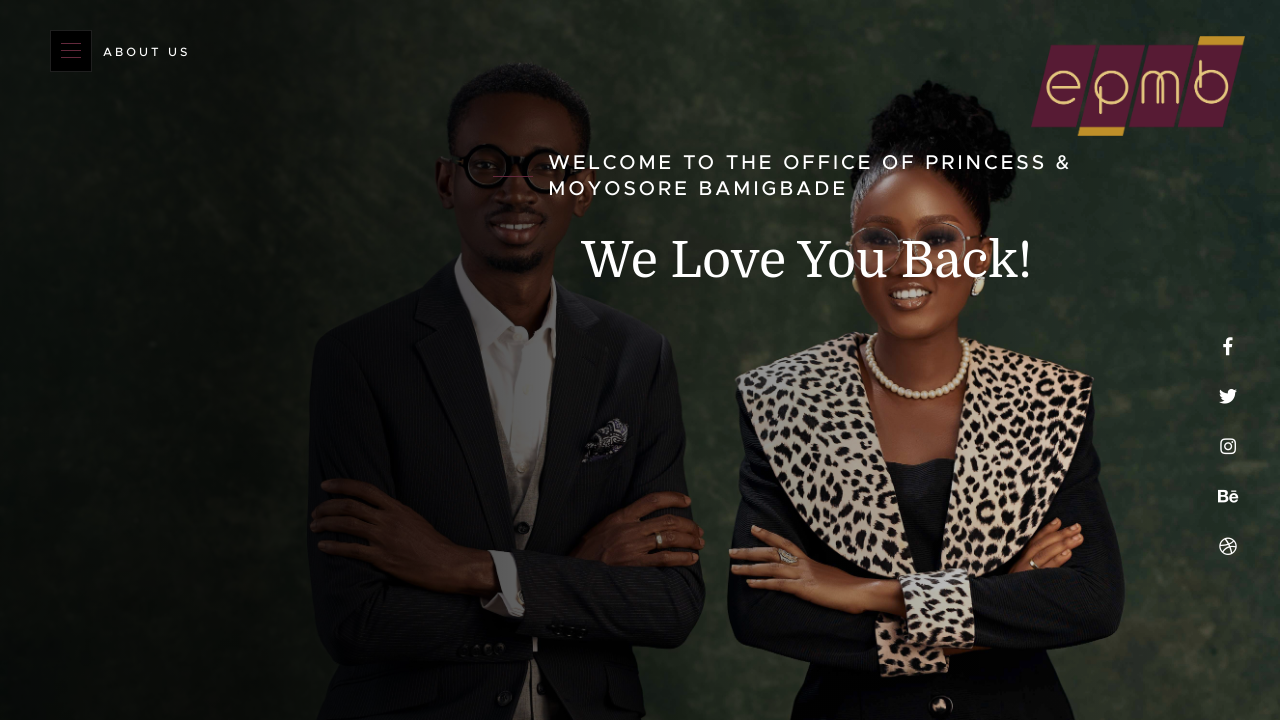
Repository: Ksoftcode/PMB
Page: index.html
The author's editor kept a copy of each file at every save. The page is drawn from the files as they stood at one save, then again after the next save.
The browser window is 1280 px wide. The pictures show the whole page.

Above is the page before, as saved 2023-05-27 23:35:15.

### index.html
<!DOCTYPE html>
<html class="no-js" lang="en">
<head>

    <!--- basic page needs
    ================================================== -->
    <meta charset="utf-8">
    <title>Launch | EPMB</title>
    <meta name="description" content="">
    <meta name="author" content="">

    <!-- mobile specific metas
    ================================================== -->
    <meta name="viewport" content="width=device-width, initial-scale=1">

    <!-- CSS
    ================================================== -->
    <link rel="stylesheet" href="css/base.css">
    <link rel="stylesheet" href="css/vendor.css">
    <link rel="stylesheet" href="css/main.css">

    <!-- script
    ================================================== -->
    <script src="js/modernizr.js"></script>
    <script src="js/pace.min.js"></script>

    <!-- favicons
    ================================================== -->
    <link rel="shortcut icon" href="favicon.ico" type="image/x-icon">
    <link rel="icon" href="favicon.ico" type="image/x-icon">

</head>

<body>

    <!-- home
    ================================================== -->
    <main class="s-home s-home--static">

        <div class="overlay"></div>

        <div class="home-content">

            <div class="home-logo">
                <a href="index-static.html">
                    <img src="images/logo.png" alt="Homepage">
                </a>
            </div>

            <div class="row home-content__main">

                <div class="col-eight home-content__text pull-right">
                    <h3>Welcome to the office of Princess & Moyosore Bamigbade</h3>

                    <h1 style="text-align:center;">
                        We Love You Back! <br>
                     <br>
                     <br> <br> <br> <br> <br> <br>
                    </h1>

                    <div class="home-content__subscribe">
                        <form id="mc-form" class="group" novalidate="true">
                            <input type="email" value="" name="EMAIL" class="email" id="mc-email" placeholder="Email Address" required="">
                            <input type="submit" name="subscribe" value="Notify Me">
                            <label for="mc-email" class="subscribe-message"></label>
                        </form>
                    </div>
                </div>
            </div>  <!-- end home-content__main -->

            <ul class="home-social">
                <li>
                <a href="#0"><i class="fab fa-facebook-f" aria-hidden="true"></i><span>Facebook</span></a>
                </li>
                <li>
                <a href="#0"><i class="fab fa-twitter" aria-hidden="true"></i><span>Twiiter</span></a>
                </li>
                <li>
                <a href="#0"><i class="fab fa-instagram" aria-hidden="true"></i><span>Instagram</span></a>
                </li>
                <li>
                <a href="#0"><i class="fab fa-behance" aria-hidden="true"></i><span>Behance</span></a>
                </li>
                <li>
                <a href="#0"><i class="fab fa-dribbble" aria-hidden="true"></i><span>Dribbble</span></a>
                </li>
            </ul> <!-- end home-social -->

            <div class="row home-copyright">
                <span>Copyright PMB Estates 2023</span>
                <span>Design by <a href="#">kSoFtCoDe</a></span>
            </div> <!-- end home-copyright -->

            <div class="home-content__line"></div>

        </div> <!-- end home-content -->

    </main> <!-- end s-home -->

    <!-- info
    ================================================== -->
    <a class="info-toggle" href="#0">
        <span class="info-menu-icon"></span>
    </a>

    <div class="s-info">

        <div class="row info-wrapper">

            <div class="col-nine tab-full info-main">
                <h1>ILORIN: WHERE IT BEGAN</h1>
                <p>
                    Princess & Moyosore’s life and career grew out of deep windy city roots. From their childhood in the south community of Ilorin, through their first contact in Chapel Secondary School in 2004 and 2002 respectively with missionary standards where they became friends. In April, 2015, they began to plan a future together in which Moyosore was already a graduate architect and Princess had just completed her nursing program.
                </p>
            <br>
                <h1>A PROMISE : THE ROYAL WEDDING </h1>
                <p>
                    On April 20th, 2019, Princess & Moyosore got wedded which was a beautiful coincidence with moyosores 27th birthday at the International Convention Centre (ICC), Rhema Chapel Headquarters, Ilorin, Kwara State. Princess & Moyosore pledged a vow of a lifetime commitment built on Godly Christian principles and unswerving adventure.
                </p>
                <br>
                <h1>EDUCATION: A PRIORITY / STANDARD</h1>
                <p>
                    The union of Princess & Moyosore established a standard of continuous learning, unlearning and relearning through education. Princess proceeded for her pediatric nursing training at the Lagos University Teaching Hospital in 2018/2019 where by the grace of God she emerged the overall best student for the pediatrics post basic examination in Nigeria.
                    </p>
                    <p>
                    Moyosore also enrolled for his post graduate program in Federal University of Technology Akure where he also finished with honors. Subsequently, PMB proceeded for further studies. Moyosore bagged a diploma in the Business of Architecture from the European School of Economics. He further enrolled for an MSc in Architecture at University of Ilorin, Ilorin, Kwara State.
                    </p>
                    <p>
                    Princess completed a five (5) years nursing degree from the National Open University of Nigeria with honors. Afterwards, she proceeded for her master’s degree in maternal and child health nursing at Babcock University in 2022. These achievements were constantly stirred by a burning desire to attain the zenith of their profession, where no one is left behind.
                    <center>“ 𝑳𝒊𝒕𝒕𝒍𝒆 𝒃𝒚 𝒍𝒊𝒕𝒕𝒍𝒆, 𝒕𝒉𝒆 𝒃𝒊𝒓𝒅 𝒎𝒂𝒌𝒆𝒔 𝒊𝒕𝒔 𝒏𝒆𝒔𝒕”</center>
                    </p>
                <br>
                <h1>BUSINESS: NIGHTINGALE AND DOCTORS OUTFIT LIMITED</h1>
                <p>
                    Princess shared her vision with Moyosore in 2015 on changing the narrative and perception of Nigerian nurses through a revolutionized appearance and the inclusivity of informatics in nursing education and practice. The company was birth in April 2016 at a small property equipped with machines and experienced staff. The company has since grown with offices in Ilorin and Lagos with a worldwide distribution network.
                </p>
                <br>
                <h1> MB ARCHITECTS LIMITED </h1>
                <p>
                    Princess & Moyosore registered MB Architects limited in August 2017 with both of them as the company’s director. Moyosore had always envisioned owning a private firm of his, and this came to fruition with the support of his lovely wife. They took up roles and responsibilities in ensuring a good service delivery and ensuring nothing was left undone in the absence of one of them. Moyosore could always rely on Princesses intelligence in which she was skilled in penmanship while Moyosore possess numerical competence.</p>
                    <p>
                    The firm has its registered offices in Lagos and Abuja, Nigeria. Princess believes in the dream of Moyosore building and designing over 2,000 structures as she addresses him as the <cite>Greatest Architect of Time.</cite>
                </p>
                <br>
                <h1>THE SET UP</h1>
                <center>“ 𝑳𝒊𝒕𝒕𝒍𝒆 𝒃𝒚 𝒍𝒊𝒕𝒕𝒍𝒆, 𝒕𝒉𝒆 𝒃𝒊𝒓𝒅 𝒎𝒂𝒌𝒆𝒔 𝒊𝒕𝒔 𝒏𝒆𝒔𝒕”</center>
                <p>
                    EPMB was conceived by Princess & Moyosore out of passion to redefine how people live and work. It is important to integrate this two in a symphonic way in other to get the best out of life. One brand, many companies, and many, many people – that’s us in a nutshell. Spread all over the world, we have a passion for home/office furnishing and an inspiring shared vision: to create a better everyday life for the many people. </p>

                    <p>This, together with our straightforward business idea, shared values, and a culture based on the spirit of togetherness, guides us in everything we do. To offer a wide range of well-designed, functional home  & office furnishing products at prices so low, that as many people as possible will be able to afford them.</p>

                    <p> EPMB approach to design focuses on how the aesthetics and organisation of a space can reflect the brand, improve efficiency and productivity, increase employee satisfaction and support sustainability using space, colour, materials and light as tools to create healthy, uplifting environments.</p>
                <br>
                <h1> THE EPMB POINT OF VIEW </h1>
                <p>
                    As a global business with the capacity to make a large impact, we know that we have a responsibility to make that impact a positive one. At EPMB, we believe good business means ethical business. Learn where we stand on important issues by following :-
                    <p>
                    <strong> AIR POLLUTION -</strong> people around the world underestimate the threat of air pollution in their homes. In reality, indoor air pollution causes more premature deaths than outdoor pollution. EPMB wants to raise awareness around air pollution. According to the World Health Organization (WHO), air pollution is estimated to kill 1 in 8 people globally, due to heart disease, stroke, respiratory disease and cancer. That’s why giving people access to clean air is a priority at EPMB.</p>
                    <p>
                    We are focusing on reducing air pollution from our own operations and products. We are phasing out hazardous chemicals and tackling greenhouse gas emissions. We have also successfully lowered formaldehyde emissions in our wooden furniture and removed harmful flame-retardants from textiles to improve indoor air quality in our customers' homes. Our next step is engaging with people around the topic.
                    </p>
                    <p>
                    <strong>BIO-DIVERSITY -</strong> EPMB recognises that the world is experiencing a biodiversity crisis. Dramatic loss of species, ecosystems and genetic diversity is human-induced and represents, together with climate change, one of the greatest challenges of our time. Biodiversity is vital for a healthy and resilient world, and for human health and wellbeing. EPMB is dependent on biodiversity for the success of our business, now and in the future. </p>
                    <p>
                    The EPMB business is already today experiencing business implications influenced by biodiversity loss. We also recognise that biodiversity loss is a complex challenge. As with climate change, EPMB has a unique opportunity and responsibility to take action to both reduce our impact and contribute to positive outcomes. We don’t have all the answers and will work collaboratively together with others to support the large global movements needed to reverse nature loss in this decade.</p>
                    <p>
                    <strong>CIRCULARITY -</strong> EPMB is embarking on a transformation journey to become a circular business by 2030. In the world of finite resources, we have recognised the need to change our approach to how and where we meet our customers, how and what products and services we develop, how we source materials and develop the EPMB supply chain. We are adapting our existing business model to enable the prolongation of product and material life, by enabling the four circular loops of reuse, refurbishment, remanufacturing, and recycling.</p>
                    <p>
                    One of the key enablers of circularity for EPMB is to design all products with circular capabilities from the beginning. Our products will always live up to the five dimensions of the foundation of democratic design, bringing good design to the many people by providing well-designed home / office furnishing solutions, with great form and function, high quality, built with a focus on sustainability, and at an affordable price. We will now also embed circular capabilities into every product, setting the preconditions for all products to live multiple lives as they move through the circular loops.
                </p>
                <br>
                <h1>THE CUTTING EDGE</h1>
                <p>
                    Since Princess & Moyosore are already in the business of architecture- building modern houses & Offices. This is a role they have embarked on together for 6 years having started in 2017. They have a platform to change & redefine how people should live & work. Whether you are staying in a space temporary or it’s a permanent home of residence, EPMB wants to give and leave an unforgettable experience.
                </p>
                <br>
            </div>
<!-- info contact -->
            <div class="col-three tab-full pull-right info-contact">

                <div class="info-block">
                    <h3>Start A Conversation</h3>
                    <p>
                        <a href="mailto:#0" class="info-email">mailus@ourwebsite.com</a><br>
                        <a href="tel:+18587338912" class="'info-phone">+1.858.733.8912</a>
                    </p>
                </div>

                <div class="info-block">
                    <h3>Visit Our Office</h3>

                    <p class="info-address">

                        No 32, Obayan Street,<br>
                        Akoka, Lagos,<br>
                        100213 NG
                    </p>
                </div>

                <div class="info-block">
                    <h3>Find Us On</h3>

                    <ul class="info-social">
                        <li>
                            <a href="#0"><i class="fab fa-facebook" aria-hidden="true"></i>
                            <span>Facebook</span></a>
                        </li>
                        <li>
                            <a href="#0"><i class="fab fa-twitter" aria-hidden="true"></i>
                            <span>Twiiter</span></a>
                        </li>
                        <li>
                            <a href="#0"><i class="fab fa-instagram" aria-hidden="true"></i>
                            <span>Instagram</span></a>
                        </li>
                        <li>
                            <a href="#0"><i class="fab fa-behance" aria-hidden="true"></i>
                            <span>Behance</span></a>
                        </li>
                        <li>
                            <a href="#0"><i class="fab fa-dribbble" aria-hidden="true"></i>
                            <span>Dribbble</span></a>
                        </li>
                    </ul>
                </div>

            </div>  <!-- end info contact -->

        </div>  <!-- end info wrapper -->

    </div> <!-- end s-info -->


    <!-- preloader
    ================================================== -->
    <div id="preloader">
        <div id="loader">
            <div class="line-scale-pulse-out">
                <div></div>
                <div></div>
                <div></div>
                <div></div>
                <div></div>
            </div>
        </div>
    </div>

    <!-- Java Script
    ================================================== -->
    <script src="js/jquery-3.2.1.min.js"></script>
    <script src="js/plugins.js"></script>
    <script src="js/main.js"></script>

</body>

</html>

### css/vendor.css
/* ===================================================================
 *
 *  Count v1.0 Vendor/Third Party CSS
 *  04-16-2018
 *  ------------------------------------------------------------------
 *
 *  TOC:
 *  # slick slider
 *
 * =================================================================== */


/* ===================================================================
 * # slick slider
 * http://kenwheeler.github.io/slick/
 * ------------------------------------------------------------------- */
.slick-slider {
  position: relative;
  display: block;
  box-sizing: border-box;
  -webkit-touch-callout: none;
  -webkit-user-select: none;
  -khtml-user-select: none;
  -moz-user-select: none;
  -ms-user-select: none;
  user-select: none;
  -ms-touch-action: pan-y;
  touch-action: pan-y;
  -webkit-tap-highlight-color: transparent;
}

.slick-list {
  position: relative;
  overflow: hidden;
  display: block;
  margin: 0;
  padding: 0;
}

.slick-list:focus {
  outline: none;
}

.slick-list.dragging {
  cursor: pointer;
  cursor: hand;
}

.slick-slider .slick-track,
.slick-slider .slick-list {
  -webkit-transform: translate3d(0, 0, 0);
  -moz-transform: translate3d(0, 0, 0);
  -ms-transform: translate3d(0, 0, 0);
  -o-transform: translate3d(0, 0, 0);
  transform: translate3d(0, 0, 0);
}

.slick-track {
  position: relative;
  left: 0;
  top: 0;
  display: block;
}

.slick-track:before,
.slick-track:after {
  content: "";
  display: table;
}

.slick-track:after {
  clear: both;
}

.slick-loading .slick-track {
  visibility: hidden;
}

.slick-slide {
  float: left;
  height: 100%;
  min-height: 1px;
  display: none;
}

[dir="rtl"] .slick-slide {
  float: right;
}

.slick-slide img {
  display: block;
}

.slick-slide.slick-loading img {
  display: none;
}

.slick-slide.dragging img {
  pointer-events: none;
}

.slick-initialized .slick-slide {
  display: block;
}

.slick-loading .slick-slide {
  visibility: hidden;
}

.slick-vertical .slick-slide {
  display: block;
  height: auto;
  border: 1px solid transparent;
}

.slick-arrow.slick-hidden {
  display: none;
}

/*# sourceMappingURL=vendor.css.map */

### css/fonts.css
/* ===================================================================
 * fonts.scss
 *
 * ------------------------------------------------------------------- */


/*
 * domine
================================================================================ */
@font-face {
  font-family: "domine-regular";
  src: url("../fonts/domine/domine-regular-webfont.woff2") format("woff2"), url("../fonts/domine/domine-regular-webfont.woff") format("woff");
  font-style: normal;
  font-weight: normal;
}

@font-face {
  font-family: "domine-bold";
  src: url("../fonts/domine/domine-bold-webfont.woff2") format("woff2"), url("../fonts/domine/domine-bold-webfont.woff") format("woff");
  font-style: normal;
  font-weight: normal;
}


/*
 * metropolis
================================================================================ */
@font-face {
  font-family: "metropolis-bold";
  src: url("../fonts/metropolis/metropolis-bold-webfont.woff2") format("woff2"), url("../fonts/metropolis/metropolis-bold-webfont.woff") format("woff");
  font-style: normal;
  font-weight: normal;
}

@font-face {
  font-family: "metropolis-semibold";
  src: url("../fonts/metropolis/metropolis-semibold-webfont.woff2") format("woff2"), url("../fonts/metropolis/metropolis-semibold-webfont.woff") format("woff");
  font-style: normal;
  font-weight: normal;
}

@font-face {
  font-family: "metropolis-medium";
  src: url("../fonts/metropolis/metropolis-medium-webfont.woff2") format("woff2"), url("../fonts/metropolis/metropolis-medium-webfont.woff") format("woff");
  font-style: normal;
  font-weight: normal;
}

@font-face {
  font-family: "metropolis-regular";
  src: url("../fonts/metropolis/metropolis-regular-webfont.woff2") format("woff2"), url("../fonts/metropolis/metropolis-regular-webfont.woff") format("woff");
  font-style: normal;
  font-weight: normal;
}

@font-face {
  font-family: "metropolis-light";
  src: url("../fonts/metropolis/metropolis-light-webfont.woff2") format("woff2"), url("../fonts/metropolis/metropolis-light-webfont.woff") format("woff");
  font-style: normal;
  font-weight: normal;
}

@font-face {
  font-family: "metropolis-extralight";
  src: url("../fonts/metropolis/metropolis-extralight-webfont.woff2") format("woff2"), url("../fonts/metropolis/metropolis-extralight-webfont.woff") format("woff");
  font-style: normal;
  font-weight: normal;
}

@font-face {
  font-family: "metropolis-italic";
  src: url("../fonts/metropolis/metropolis-regularitalic-webfont.woff2") format("woff2"), url("../fonts/metropolis/metropolis-regularitalic-webfont.woff") format("woff");
  font-style: normal;
  font-weight: normal;
}

/*# sourceMappingURL=fonts.css.map */

Loaded but not shown: js/modernizr.js (library); js/pace.min.js (library); js/jquery-3.2.1.min.js (library); js/plugins.js (library); css/font-awesome/css/fontawesome-all.css (library); js/main.js (160 lines, source omitted); css/main.css (2385 lines, source omitted); css/base.css (949 lines, source omitted)

After the next save:
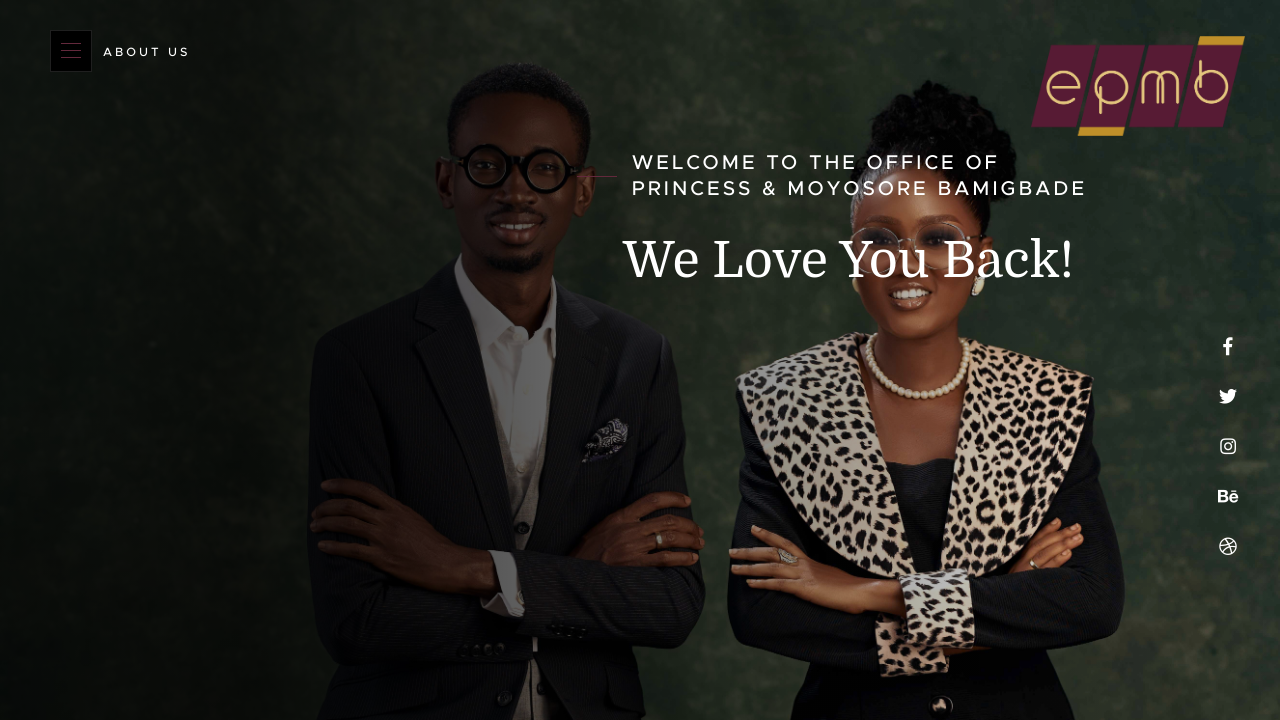
Saved 80 s later.
--- a/index.html
+++ b/index.html
@@ -49,7 +49,7 @@
 
             <div class="row home-content__main">
 
-                <div class="col-eight home-content__text pull-right">
+                <div class="col-seven home-content__text pull-right">
                     <h3>Welcome to the office of Princess & Moyosore Bamigbade</h3>
 
                     <h1 style="text-align:center;">

After the save that followed:
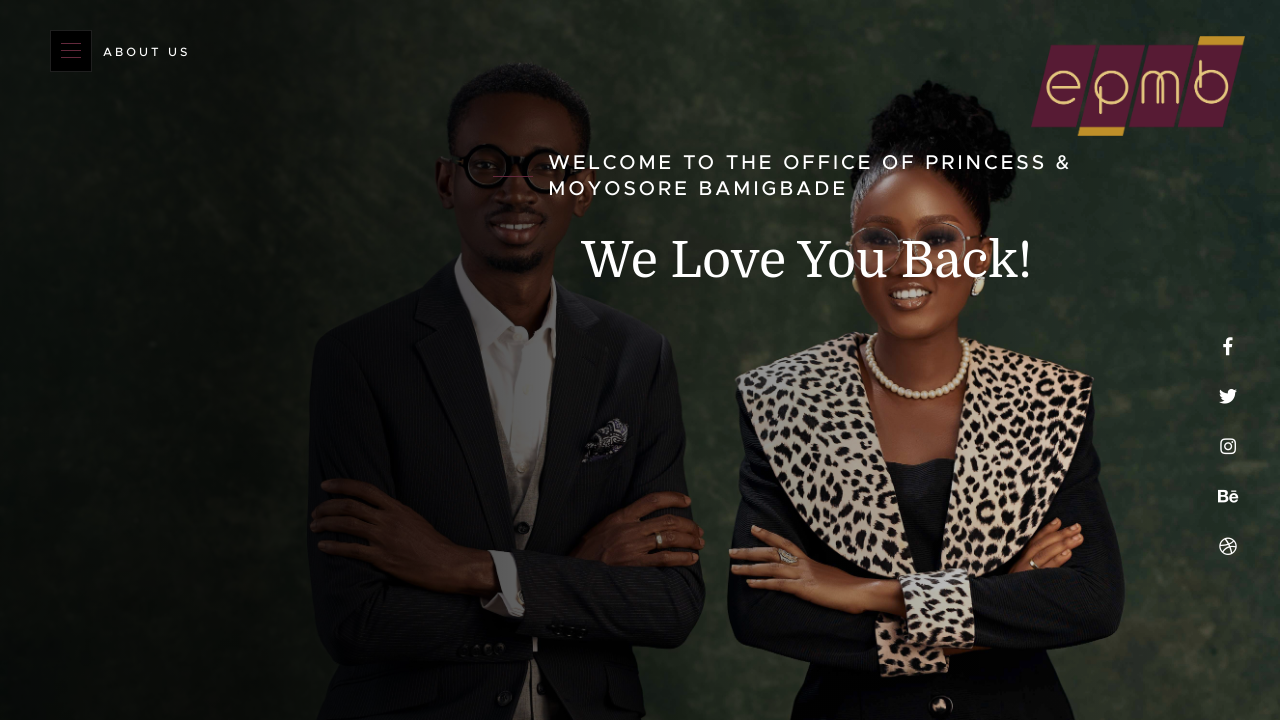
Saved 14 s later.
--- a/index.html
+++ b/index.html
@@ -49,7 +49,7 @@
 
             <div class="row home-content__main">
 
-                <div class="col-seven home-content__text pull-right">
+                <div class="col-eight home-content__text pull-right">
                     <h3>Welcome to the office of Princess & Moyosore Bamigbade</h3>
 
                     <h1 style="text-align:center;">
